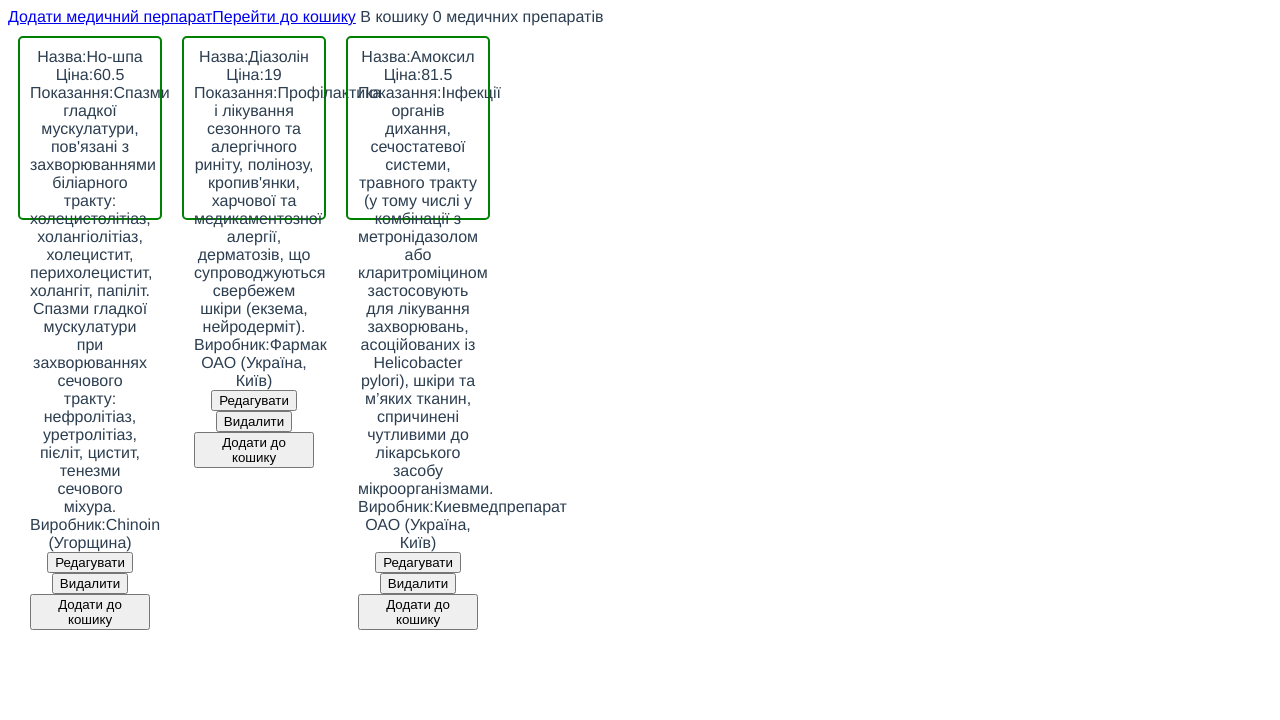
Repository: kristinap8/pharmacy
Page: /
These files come from the project's save history. The page is drawn as it stood at one moment and after the next save; the edit follows.
The browser window is 1280 px wide. The pictures show the whole page.
The project was rebuilt for these pictures with package versions that can differ from the ones it lists, and the page was loaded fresh each time. Also part of the build but not shown: src/components/AddMedicineForm/index.vue, src/pages/AddMedicine/index.vue, src/components/EditMedicineForm/index.vue, src/pages/EditMedicine/index.vue, src/components/CartForm/index.vue, src/pages/Cart/index.vue.

Above is the page before, as saved 2020-12-10 01:34:33.

After the next save:
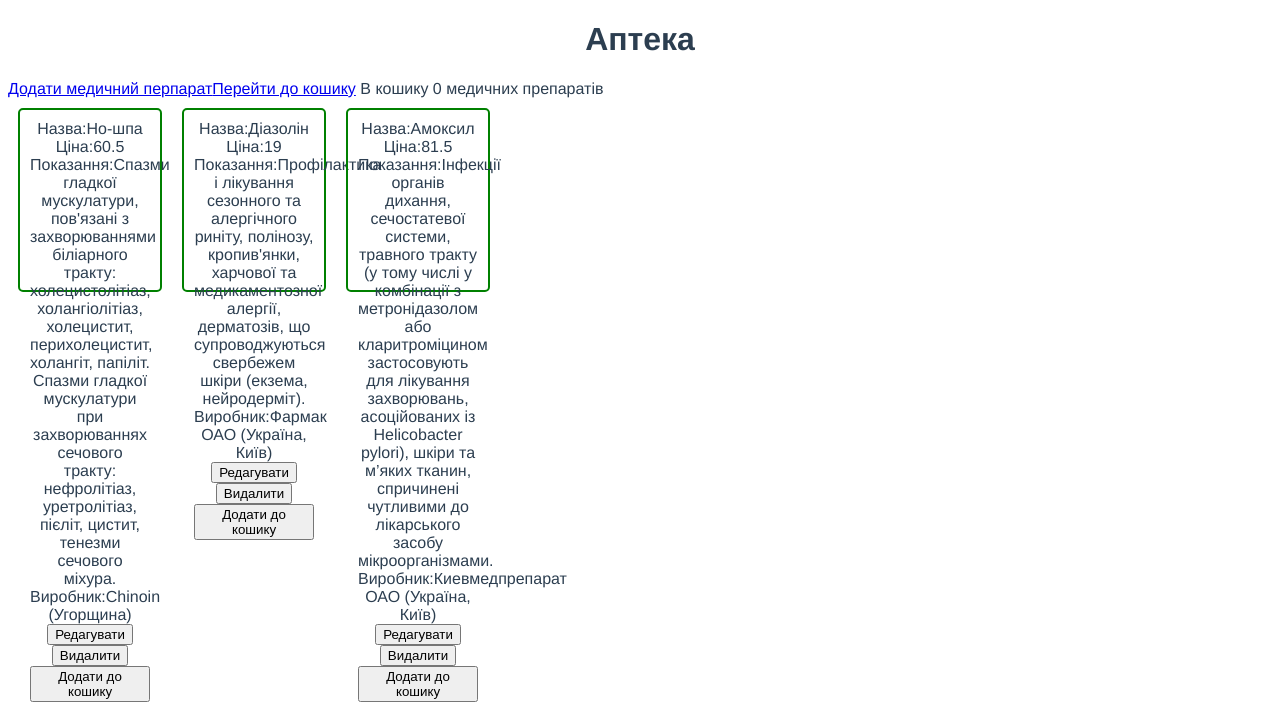
Saved 14 s later.
--- a/src/pages/AllMedicines/index.vue
+++ b/src/pages/AllMedicines/index.vue
@@ -1,5 +1,6 @@
 <template>
     <div>
+        <h1 class="header">Аптека</h1>
         <router-link to="/add_medicine">Додати медичний перпарат</router-link>
         <router-link to="/cart">Перейти до кошику</router-link>
         В кошику {{this.$store.state.cartItemsCount}} медичних препаратів
@@ -20,5 +21,7 @@ import MedicinesList from "../../components/MedicinesList"
 </script>
 
 <style lang="scss" scoped>
-
+ .header{
+      text-align: center;
+  }
 </style>
